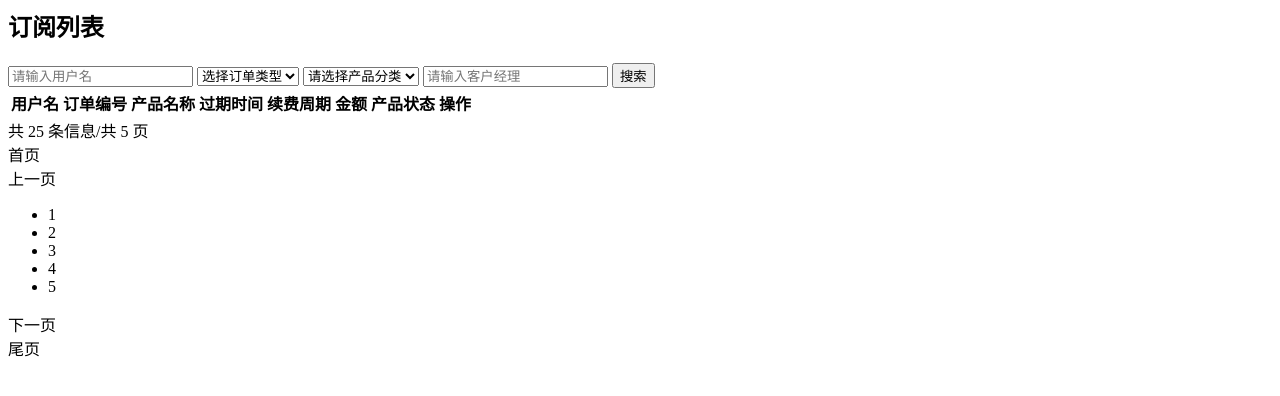
Repository: wangyan466393/racentSystem
Page: subscriptionManagement.html
An editor plug-in stored every save of this project. The page is shown before and after the next save, followed by the edit.
The browser window is 1280 px wide. The pictures show the whole page.

Above is the page before, as saved 2020-08-13 17:10:57.

After the next save:
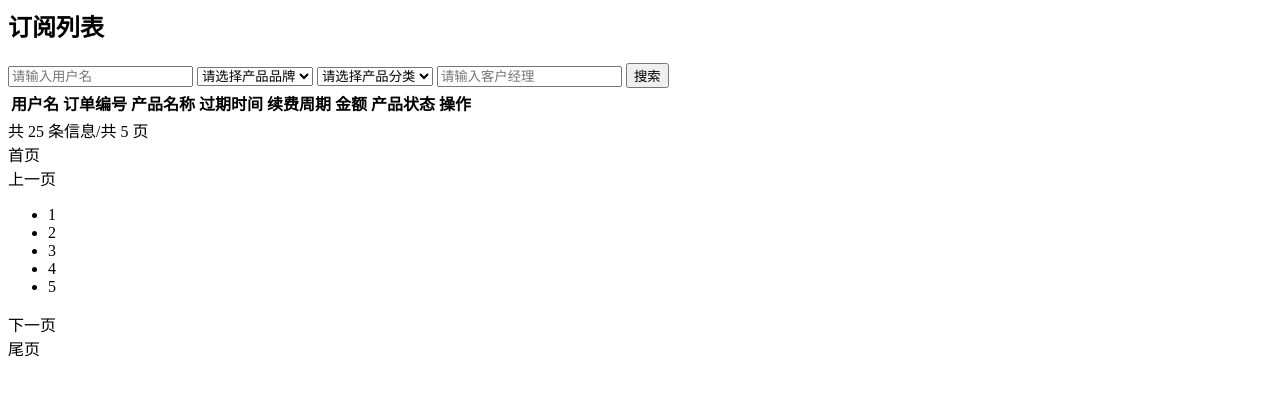
Saved 23 s later.
--- a/subscriptionManagement.html
+++ b/subscriptionManagement.html
@@ -8,7 +8,7 @@
             </span>
             <span>
                 <select name="" id="">
-                    <option value="">选择订单类型</option>
+                    <option value="">请选择产品品牌</option>
                 </select>
             </span>
             <span>
